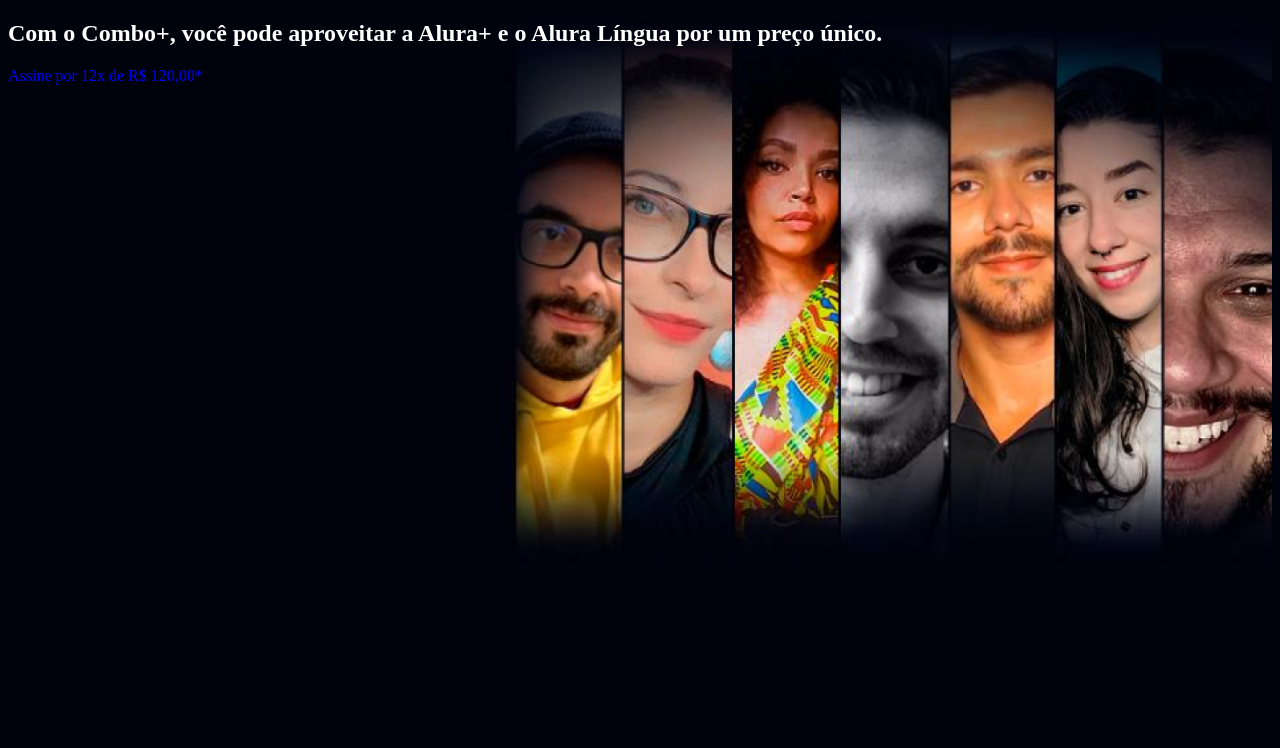
Repository: DamnDTX/praticando-font-end
Page: index.html
These files come from the project's save history. The page is drawn as it stood at one moment and after the next save; the edit follows.
The browser window is 1280 px wide. The pictures show the whole page.

Above is the page before, as saved 2023-07-13 14:32:51.

After the next save:
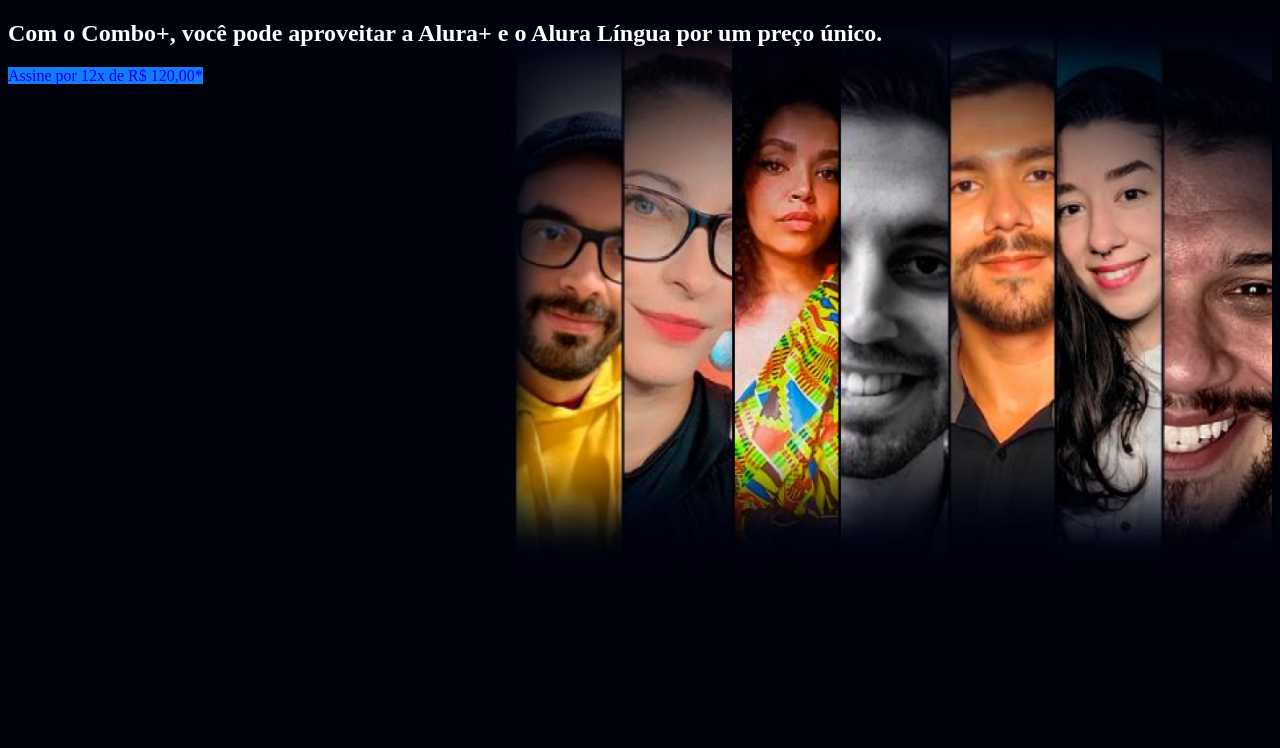
Saved 13 s later.
--- a/css/styles.css
+++ b/css/styles.css
@@ -24,4 +24,5 @@
 
 .container__botao{
 text-decoration: none;
+background-color: var(--cor-botao);
 }
